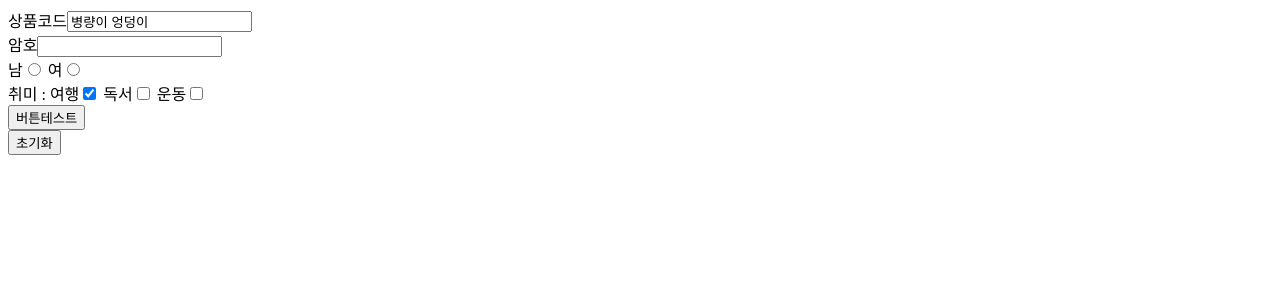
Repository: gunvv00/Java_practice
Page: html_work/html01/WebContent/Formtag01.html
These files come from the project's save history. The page is drawn as it stood at one moment and after the next save; the edit follows.
The browser window is 1280 px wide. The pictures show the whole page.

Above is the page before, as saved 2020-01-02 05:09:21.

After the next save:
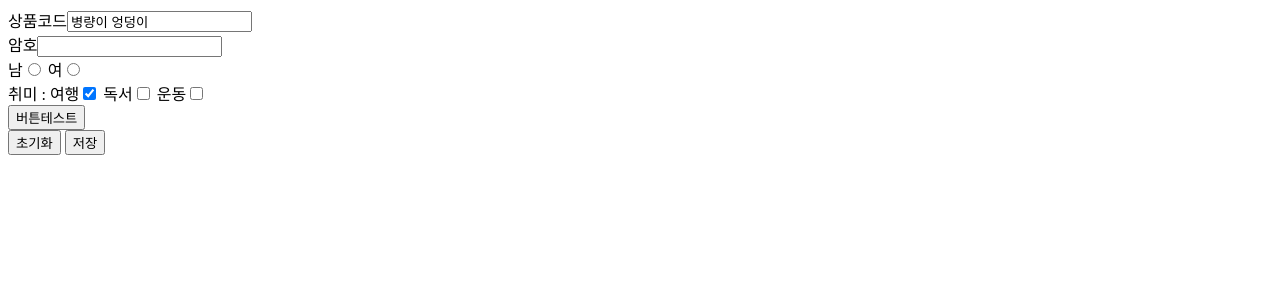
Saved 114 s later.
--- a/html_work/html01/WebContent/Formtag01.html
+++ b/html_work/html01/WebContent/Formtag01.html
@@ -14,7 +14,8 @@
 	독서<input type = "checkbox" name="h2"/>
 	운동<input type = "checkbox" name="h3"/><br/>
 	<input type = "button" value="버튼테스트"/><br/>
-	<input type = "reset" value="초기화"'/>
+	<input type = "reset" value="초기화"/>
+	<input type = "submit" value = "저장"/>
 </form>
 
 </body>
